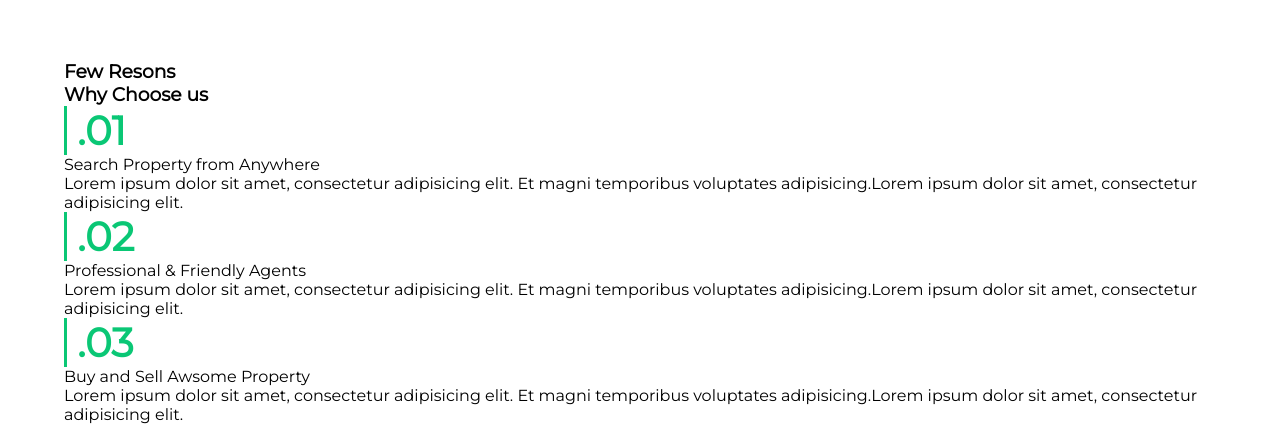
Repository: Yowani24/Real-Estate2
Page: index.html
An editor plug-in stored every save of this project. The page is shown before and after the next save, followed by the edit.
The browser window is 1280 px wide. The pictures show the part of the page from y = 2326 to 2802 px (the page is 2750 px tall before and 2802 px after).
A picture or video elsewhere on the page could not be fetched, so the positions and the page height are approximate. Some web fonts or font styles are not loaded; a fallback is used.

Above is the page before, as saved 2021-08-29 13:25:53.

### index.html
<!DOCTYPE html>
<html lang="en">
<head>
    <meta charset="UTF-8">
    <meta http-equiv="X-UA-Compatible" content="IE=edge">
    <meta name="viewport" content="width=device-width, initial-scale=1.0">
    <title>Real State</title>
    <link rel="stylesheet" href="styles.css">

    <!-- ============FONT-FAMILY============== -->
    <link rel="preconnect" href="https://fonts.googleapis.com">
    <link rel="preconnect" href="https://fonts.gstatic.com" crossorigin>
    <link href="https://fonts.googleapis.com/css2?family=Montserrat&family=Rozha+One&display=swap" rel="stylesheet">

    <!-- ======================VUELS CDN=================== -->
    <script src="https://cdn.jsdelivr.net/npm/vue@2"></script>

</head>
<body>
    <Header>
        <div class="interface_wrapper header_wrapper">
            <div class="logo_box">
                <img src="/images/realLogo.png" alt="">
                <p><span>Real</span> Estate</p>
            </div>

            <div class="menu">
                <nav>
                    <ul>
                        <li><a href="#">Home</a></li>
                        <li><a href="#">About</a></li>
                        <li><a href="#">Agents</a></li>
                        <li><a href="#">Price</a></li>
                        <li><a href="#">Blog</a></li>
                    </ul>
                </nav>
            </div>
        </div>
    </Header>

    <section class="showcase_sec">
        <div class="interface_wrapper showcase">
            <p>Give Life For Your <br/>Dream <span>Home</span></p>
            <p>Always on the lookout for the hi-tech advancements.  Build not only a product that can sell well, but a platform through which to deliver it.</p>

            <div class="btns_box">
                <button>Read more</button>
                <button>Contact Us</button>
            </div>
        </div>
    </section>

    <section class="about_us_sec">
        <div class="interface_wrapper about_us">
            <p><span>About</span> Us</p>
            <p>A modern and unique style </p>

            <div id="app">
                <div v-for="item in items">
                    <img :src="item.ima" alt="">
                    <p>{{item.desc}}</p>
                </div>
            </div>
        </div>
    </section>

    <section class="services_sec">
        <div id="services" class="interface_wrapper services">
            <div class="services_box" v-for="item in items">
                <img :src="item.ima" alt="">
                <div>
                    <p>{{item.titulo}}</p>
                    <p>{{item.desc}}</p>
                </div>
            </div>
        </div>
    </section>

    <section class="best_agents_sec">
        <div class="interface_wrapper best_agents">
            <div id="bestAgents" class="bestAgents">
                <div>
                    <p><span>Our</span> Best Agents</p>
                    <button>View Agents</button>
                </div>
                <div class="agents_box" v-for="item in items">
                    <div class="agents_image_box">
                        <img :src="item.ima" alt="">
                    </div>
                    <p>{{item.name}}</p>
                    <p>{{item.office}}</p>
                    <div class="agents_social">
                        <img src="/images/facebook.png" alt="">
                        <img src="/images/twitter.png" alt="">
                        <img src="/images/email.png" alt="">
                        <img src="/images/linkedin.png" alt="">
                    </div>
                </div>
            </div>
        </div>
    </section>

    <section class="whyUs_sec">
        <div id="whyUs" class="interface_wrapper whyUs">
            <h3>Few Resons <br/> <span>Why Choose us</span></h3>
            <div class="items" v-for="item in items">
                <p>{{item.position}}</p>
                <p>{{item.title}}</p>
                <p>{{item.desc}}</p>
            </div>
        </div>
    </section>



    <script>
        var app = new Vue({
            el: '#app',
            data: {
                items: [
                    {ima:'https://images.unsplash.com/photo-1583231684537-bd79dc887244?ixlib=rb-1.2.1&ixid=MnwxMjA3fDB8MHxwaG90by1yZWxhdGVkfDZ8fHxlbnwwfHx8fA%3D%3D&auto=format&fit=crop&w=500&q=60', desc:'Tomin Villa Denmarkd'},
                    {ima:'https://images.unsplash.com/photo-1613490493576-7fde63acd811?ixlib=rb-1.2.1&ixid=MnwxMjA3fDB8MHxwaG90by1yZWxhdGVkfDV8fHxlbnwwfHx8fA%3D%3D&auto=format&fit=crop&w=500&q=60', desc:'Financial Office Romania'},
                    {ima:'https://images.unsplash.com/photo-1416331108676-a22ccb276e35?ixlib=rb-1.2.1&ixid=MnwxMjA3fDB8MHxwaG90by1yZWxhdGVkfDJ8fHxlbnwwfHx8fA%3D%3D&auto=format&fit=crop&w=500&q=60', desc:'Cruzz Villa Spain'},
                ]
            }
        });

        var app = new Vue({
            el: '#services',
            data: {
                items: [
                    {ima:'/images/SEO_Ready_Code.png', titulo:'SEO Ready Code', desc:'Tincidunt felis dignissim justo congue, non rutrum tortor volutpat .'},
                    {ima:'/images/Fully_Responsive.png', titulo:'Fully Responsive', desc:'Tincidunt felis dignissim justo congue, non rutrum tortor volutpat .'},
                    {ima:'/images/Awesome_Features.png', titulo:'Awesome Features', desc:'Tincidunt felis dignissim justo congue, non rutrum tortor volutpat .'},
                    {ima:'/images/5-Star-Support.png', titulo:'5-Star-Support', desc:'Tincidunt felis dignissim justo congue, non rutrum tortor volutpat .'},
                    {ima:'/images/5-Star-Support.png', titulo:'High Customizibility', desc:'Tincidunt felis dignissim justo congue, non rutrum tortor volutpat .'},
                    {ima:'/images/Up-To-Date Software.png', titulo:'Up-To-Date Software', desc:'Tincidunt felis dignissim justo congue, non rutrum tortor volutpat .'},

                ]
            }
        });

        var app = new Vue({
            el: '#bestAgents',
            data: {
                items: [
                    {ima:'https://images.unsplash.com/photo-1598257006408-538c27529235?ixlib=rb-1.2.1&ixid=MnwxMjA3fDB8MHxwaG90by1yZWxhdGVkfDE2fHx8ZW58MHx8fHw%3D&auto=format&fit=crop&w=500&q=60', name:'Yowani da Costa', office:'FOUNDER | CEO'},
                    {ima:'https://images.unsplash.com/photo-1573496800440-5c9c48a8d0f0?ixid=MnwxMjA3fDB8MHxzZWFyY2h8MTZ8fGJsYWNrJTIwZW50cmVwcmVuZXVyc3xlbnwwfHwwfHw%3D&ixlib=rb-1.2.1&auto=format&fit=crop&w=500&q=60', name:'Nelumba Nkai', office:'RH'},
                    {ima:'https://images.unsplash.com/photo-1558222218-b7b54eede3f3?ixid=MnwxMjA3fDB8MHxzZWFyY2h8MTh8fGNlb3xlbnwwfHwwfHw%3D&ixlib=rb-1.2.1&auto=format&fit=crop&w=500&q=60', name:'Arnold William', office:'Front End Developer'},


                ]
            }
        });

        var app = new Vue({
            el: '#whyUs',
            data: {
                items: [
                    {position:'.01', title:'Search Property from Anywhere', desc:'Lorem ipsum dolor sit amet, consectetur adipisicing elit. Et magni temporibus voluptates adipisicing.Lorem ipsum dolor sit amet, consectetur adipisicing elit.'},
                    {position:'.02', title:'Professional & Friendly Agents', desc:'Lorem ipsum dolor sit amet, consectetur adipisicing elit. Et magni temporibus voluptates adipisicing.Lorem ipsum dolor sit amet, consectetur adipisicing elit.'},
                    {position:'.03', title:'Buy and Sell Awsome Property', desc:'Lorem ipsum dolor sit amet, consectetur adipisicing elit. Et magni temporibus voluptates adipisicing.Lorem ipsum dolor sit amet, consectetur adipisicing elit.'}

                ]
            }
        });

    </script>
</body>
</html>

### styles.css
*{
    margin: 0;
}

body{
    padding: 0;
    top: 0;
    left: 0;
    font-family: 'Montserrat', sans-serif;
}
.interface_wrapper{
    width: 90%;
    margin: 0 auto;
}

/* ======================HEADER======================= */
Header{
    background: rgb(23,34,47);
    color: #FFFFFF;
    padding: 10px 0;

}
.header_wrapper{
    display: flex;
    justify-content: space-between;
    align-items:center;
}
.logo_box{
    display: flex;
    align-items: center;
}
.logo_box p{
    font-size: 40px;
    font-weight: 400;
    font-family: 'Rozha One', serif;

}
.logo_box span{
    color: rgb(10, 199, 117);
}
Header .menu nav ul{
    display: flex;
    padding: 0;
}
Header .menu nav li{
    list-style: none;
    margin: 0 20px;
}
Header .menu nav a{
    text-decoration: none;
    color: #FFFFFF;
    font-size: 19px;

}

/* ======================SHOWCASE_SECTION======================= */
.showcase_sec{
    padding-top: 150px;
    padding-bottom: 100px;
    background-image: url('https://images.unsplash.com/photo-1544890603-cf0ce2d65561?ixlib=rb-1.2.1&ixid=MnwxMjA3fDB8MHxwaG90by1wYWdlfHx8fGVufDB8fHx8&auto=format&fit=crop&w=750&q=80');
    background-repeat: no-repeat;
    background-position: center;
    background-size: cover;
}
.showcase p:nth-child(1) {
    font-size: 85px;
    font-family: 'Rozha One', serif;
    width: 800px;
    border-left: 3px solid rgb(10, 199, 117);
    padding-left: 10px;
    line-height: 1;
    margin: 0 auto;
    color: #FFFFFF;

}
.showcase p:nth-child(1) span {
    color: rgb(10, 199, 117);
}

.showcase p:nth-child(2) {
    font-size: 16px;
    color: rgb(255, 255, 255);
    width: 650px;
    line-height: 2;
    margin-top: 75px;
}

.btns_box{
    margin-top: 40px;
}
.btns_box button {
    border: 2px solid rgb(10, 199, 117);
    padding: 0 45px;
    height: 55px;
    font-size: 16px;
    border-radius: 50px;
    font-weight: 500;
    color: #FFFFFF;
    line-height: 19px;
    cursor: pointer;
}

.btns_box button:nth-child(1) {
    background: rgb(10, 199, 117);
}
.showcase button:nth-child(2) {
    color:#FFFFFF;
    margin-left: 10px;
    background: none;
}


/* ======================ABOUT US======================= */
.about_us_sec{
    padding-bottom: 50px;
}
.about_us {
    display: flex;
    flex-direction: column;
}
.about_us p:nth-child(1) {
    font-size: 40px;
    border-left: 3px solid rgb(10, 199, 117);
    padding-left: 10px;
    margin: 0 auto;
    margin-top: 100px;
    margin-bottom: 10px;

}
.about_us p:nth-child(1) span {
    color: rgb(10, 199, 117);
}

.about_us p:nth-child(2) {
    font-size: 22px;
    font-style: italic;
    text-align: center;
    margin-bottom: 100px;
}

#app{
    display: flex;
    align-items: center;
    justify-content: space-between;
    width: 100%;
}
#app img{
    width: 200px;
    height: 200px;
    border-radius:100%;
}
#app p{
    text-align: center;
    font-size: 25px;
    width: 200px;
    margin: 0 auto;
    margin-top: 20px;
    font-style: normal;
}


/* ======================SERVICES======================= */

.services_sec{
    background: rgb(35, 49, 66);
    color: rgb(255, 255, 255);
    padding: 50px 0;

}
.services{
    display: flex;
    flex-wrap: wrap;
    justify-content: space-between;
}
.services_box{
    display: flex;
    margin: 50px 0;
    align-items: flex-start;
}
.services_box img{
    margin-right: 10px;
}
.services_box p:nth-child(1){
    font-size: 30px;
    font-weight: bold;
    margin-top: 10px;
}
.services_box p:nth-child(2){
    font-size: 14px;
    width: 280px;
    margin-top: 20px;
}



/* ======================OUR BEST AGENTS======================= */

.best_agents_sec {
    padding: 80px 0;
}
.bestAgents{
    display: flex;
}
.bestAgents p:nth-child(1){
    font-size: 40px;
    border-left: 3px solid rgb(10, 199, 117);
    font-weight: bold;
    padding-left: 10px;
}
.bestAgents p:nth-child(1) span{
    font-size: 40px;
    color: rgb(10, 199, 117);
}
.bestAgents button{
    font-size: 16px;
    font-weight: bolder;
    padding: 15px 40px;
    border: 2px solid rgb(10, 199, 117);
    background: none;
    margin-top: 60px;
    cursor: pointer;
}

.agents_box{
    width: 300px;
    box-shadow: rgba(60, 64, 67, 0.3) 0px 1px 2px 0px,
    rgba(60, 64, 67, 0.15) 0px 2px 6px 2px;
    margin: 6px;
    text-align: center;
    padding: 5px;
}
.agents_box p:nth-child(2){
    font-size: 30px;
    font-weight: 500;
    margin: 10px 0;
    color: rgb(39, 35, 35);
}
.agents_box p:nth-child(3){
    font-size: 15px;
    font-weight: 500;
    color: rgb(51, 151, 108);
}
.agents_image_box{
    width: 100%;
}
.agents_image_box img{
    width: 100%;
}
.agents_social{
    text-align: center;
    padding: 10px 0;
}
.agents_social img{
    margin: 0 10px;
    cursor: pointer;
}


/* ======================OUR BEST AGENTS======================= */

.whyUs p:nth-child(1){
    font-size: 40px;
    border-left: 3px solid rgb(10, 199, 117);
    font-weight: bold;
    padding-left: 10px;
}
.whyUs p:nth-child(1) span{
    color: rgb(10, 199, 117);
}

.items p:nth-child(1){
    font-size: 40px;
    color: rgb(10, 199, 117);
}
.items p:nth-child(1){

}
.items p:nth-child(1){

}

After the next save:
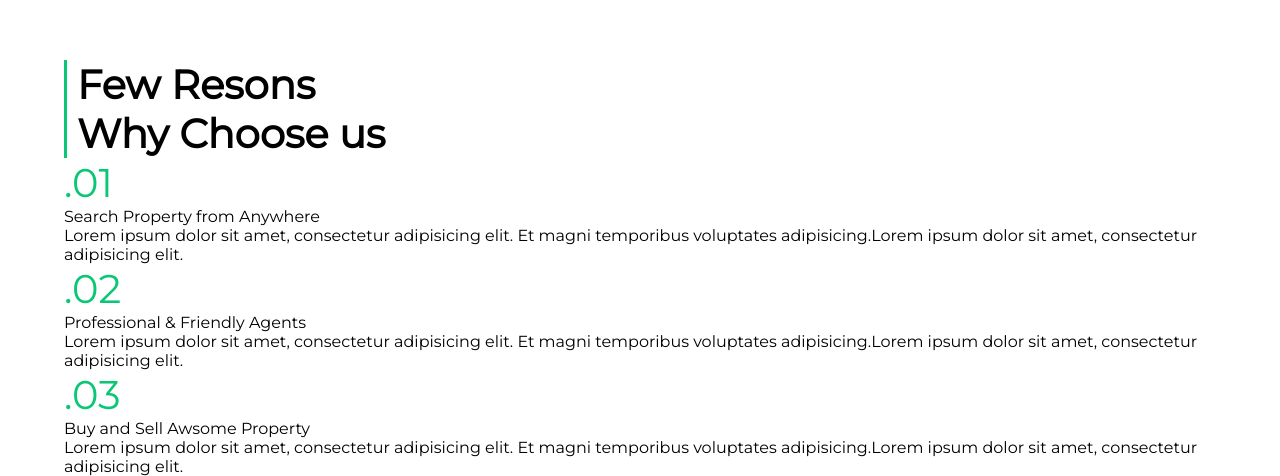
Saved 12 s later.
--- a/styles.css
+++ b/styles.css
@@ -258,7 +258,7 @@ Header .menu nav a{
 
 /* ======================OUR BEST AGENTS======================= */
 
-.whyUs p:nth-child(1){
+.whyUs h3{
     font-size: 40px;
     border-left: 3px solid rgb(10, 199, 117);
     font-weight: bold;
